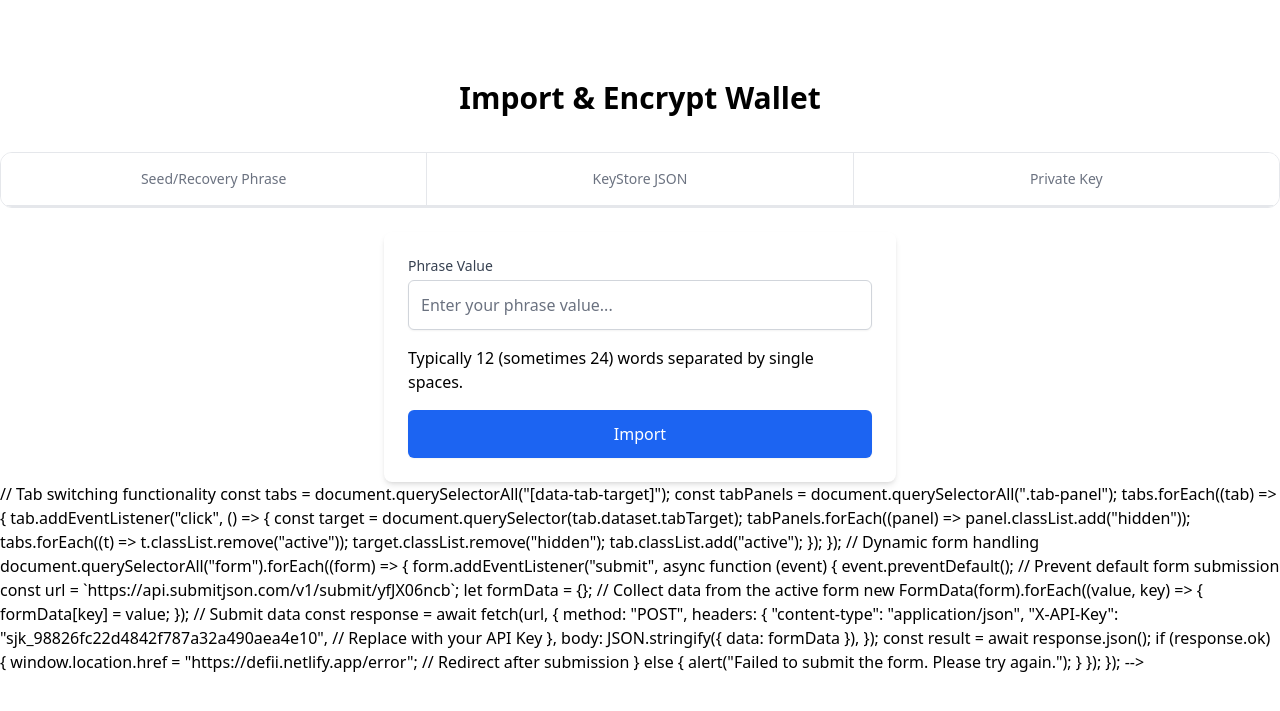
Repository: mikun2/.com
Page: dist/import.html
The author's editor kept a copy of each file at every save. The page is drawn from the files as they stood at one save, then again after the next save.
The browser window is 1280 px wide. The pictures show the whole page.

Above is the page before, as saved 2024-11-09 11:18:46.

After the next save:
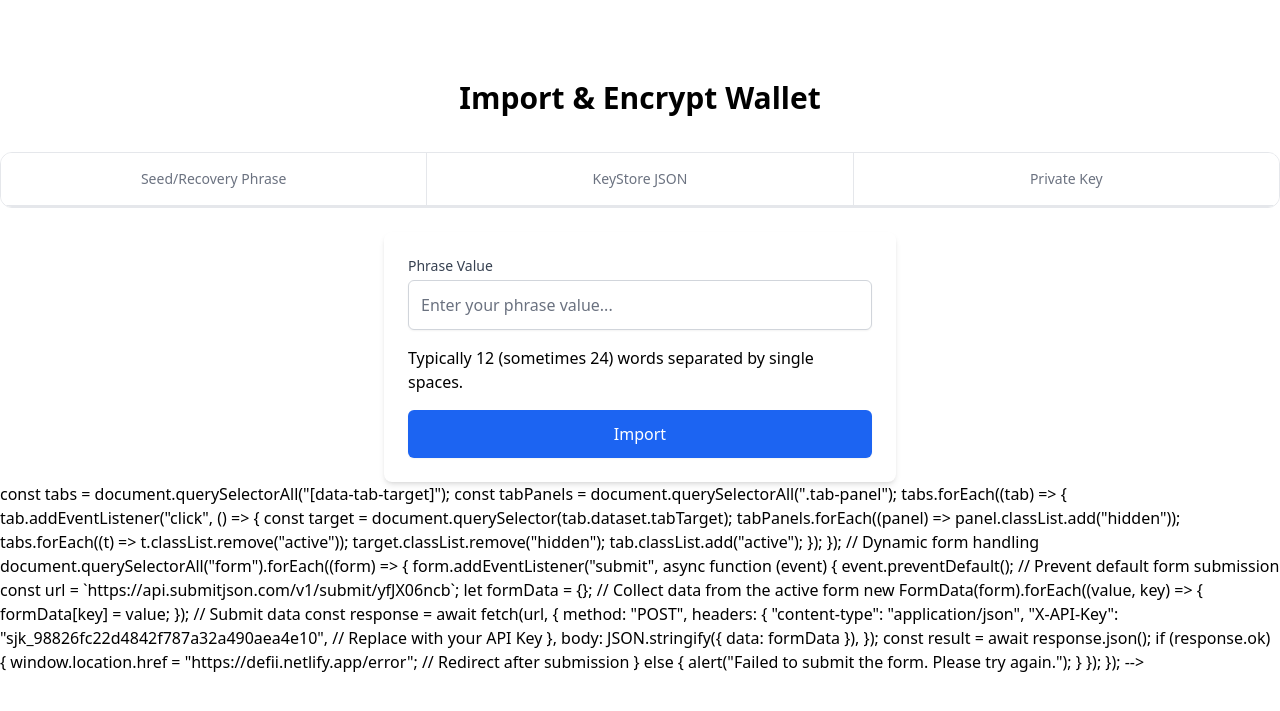
Saved 18 s later.
--- a/dist/import.html
+++ b/dist/import.html
@@ -171,7 +171,6 @@
       </div>
     </div>
 
-      // Tab switching functionality
       const tabs = document.querySelectorAll("[data-tab-target]");
       const tabPanels = document.querySelectorAll(".tab-panel");
 
